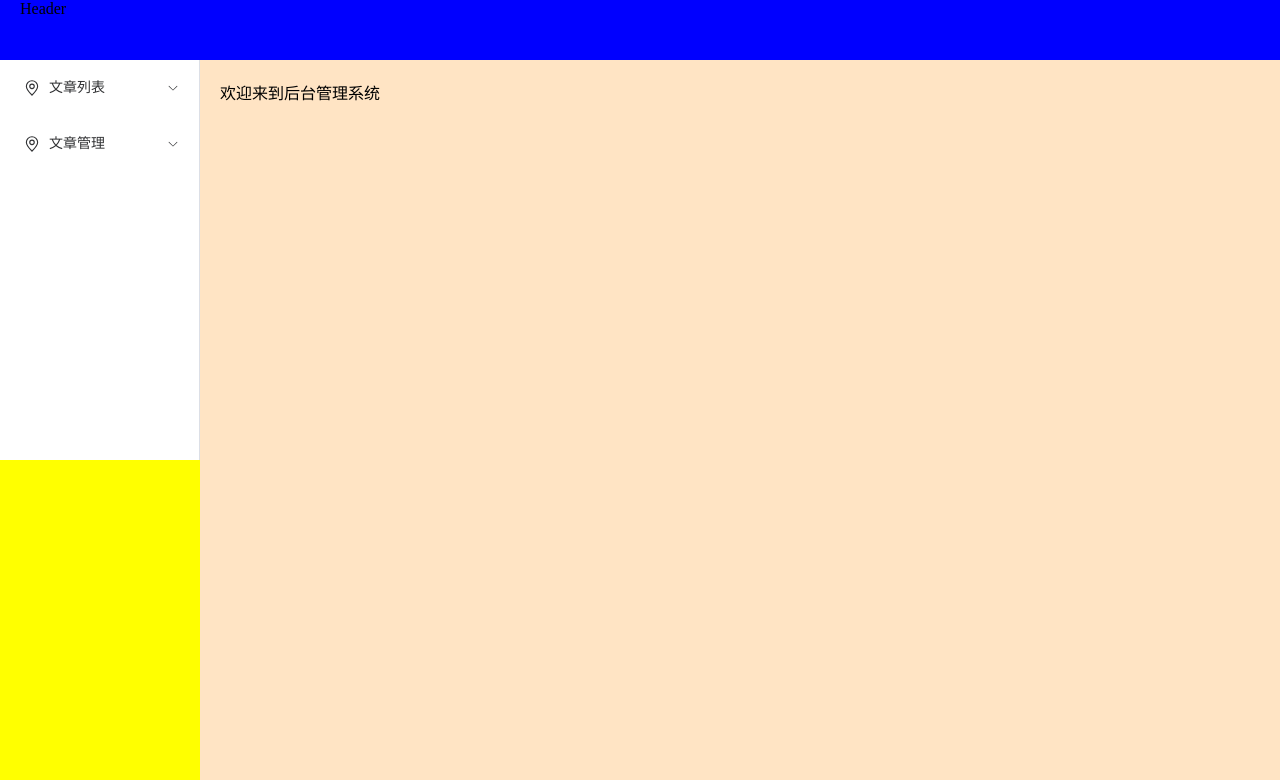
Repository: 553559555/vue3-project
Page: /#/index (app in vue3-app/)
These files come from the project's save history. The page is drawn as it stood at one moment and after the next save; the edit follows.
The browser window is 1280 px wide. The pictures show the whole page.
The project was rebuilt for these pictures with package versions that can differ from the ones it lists, and the page was loaded fresh each time. Also part of the build but not shown: vue3-app/vite.config.ts.

Above is the page before, as saved 2025-03-22 09:57:02.

### vue3-app/src/main.ts
import { createApp } from 'vue'
import ElementPlus from 'element-plus'
import 'element-plus/dist/index.css'
import router from './router'
import pinia from './stores'
import './style.css'
import App from './App.vue'

const app = createApp(App)
app.use(ElementPlus)
app.use(router)
app.use(pinia)

app.mount('#app')

### vue3-app/src/router/index.ts
import { createRouter, createWebHashHistory, createWebHistory } from 'vue-router'
import type { RouteRecordRaw } from 'vue-router'

const routes: Array<RouteRecordRaw> = [
  {
    path: '/',
    name: 'Login',
    component: () => import('../views/login.vue')
  },
  {
    path: '/index',
    name: 'index',
    component: () => import('../views/index.vue'),
    children: [
      {
        path: '/home',
        name: 'Home',
        component: () => import('../views/Home.vue')
      },
      {
        path: '/about',
        name: 'About',
        component: () => import('../views/About.vue')
      }
    ]
  }

]

const router = createRouter({
  history: createWebHashHistory(),
  routes
})

export default router

### vue3-app/src/stores/index.ts
import { createPinia } from 'pinia'

const pinia = createPinia()

export default pinia

### vue3-app/src/style.css
/* CSS 重置 */
* {
  margin: 0;
  padding: 0;
  box-sizing: border-box;
}

### vue3-app/src/App.vue
<script setup lang="ts">
import { RouterView } from 'vue-router'
</script>

<template>
    <router-view />
</template>

### vue3-app/src/views/index.vue
<template>
    <el-container class="container">
        <el-header>Header</el-header>
        <el-container>
            <el-aside width="200px">
                <home-left/>
            </el-aside>
            <el-main>
                <router-view>
                    欢迎来到后台管理系统
                </router-view>
            </el-main>
        </el-container>
    </el-container>
</template>

<script setup>

import { RouterView } from 'vue-router'
import HomeLeft from './components/home-left.vue'

</script>



<style scoped lang="scss">

.container {
    width: 100vw;
    height: 100vh;

    .el-header {
        background-color: blue;
    }

    .el-container {
        background-color: aqua;

        .el-aside {
            background-color: yellow;
        }

        .el-main {
            background-color: bisque;
        }

    }

}

</style>

### vue3-app/src/views/components/home-left.vue
<template>
    <div class="container">
        <el-menu default-active="2" class="el-menu-vertical-demo" @open="handleOpen"
            @close="handleClose" @select="handleSelect">
            <el-sub-menu v-for="(items, index) in listData" :index="items.name" :key="index">
                <template #title>
                    <el-icon>
                        <location />
                    </el-icon>
                    <span>{{ items.name }}</span>
                </template>
                <el-menu-item v-for="(item, index) in items.children" :index="item.name">
                    <el-icon>
                        <location />
                    </el-icon>
                    <span>{{ item.name }}</span>
                </el-menu-item>
            </el-sub-menu>
        </el-menu>
    </div>
</template>

<script setup>

import { Location } from '@element-plus/icons-vue'

import { reactive, ref } from 'vue'
const listData = reactive([
    {
        name: '文章列表',
        children: [
            {
                name: '文章1'
            },
            {
                name: '文章2'
            },
            {
                name: '文章3'
            }
        ]
    },
    {
        name: '文章管理',
        children: [
            {
                name: '添加文章'
            },
            {
                name: '编辑文章'
            },
            {
                name: '删除文章'
            }
        ]
    }
])
const isCollapse = ref(true)
const handleOpen = (key, keyPath) => {
  console.log(key, keyPath)
}
const handleClose = (key, keyPath) => {
  console.log(key, keyPath)
}

const handleSelect = (key, keyPath) => {
    console.log(key, keyPath)
}

</script>

<style scoped lang="scss">
.container {
    width: 100%;
    height: 100%;

    .el-menu-vertical-demo:not(.el-menu--collapse) {
        width: 200px;
        min-height: 400px;
    }
}
</style>

Loaded but not shown: vue3-app/index.html (common file)

After the next save:
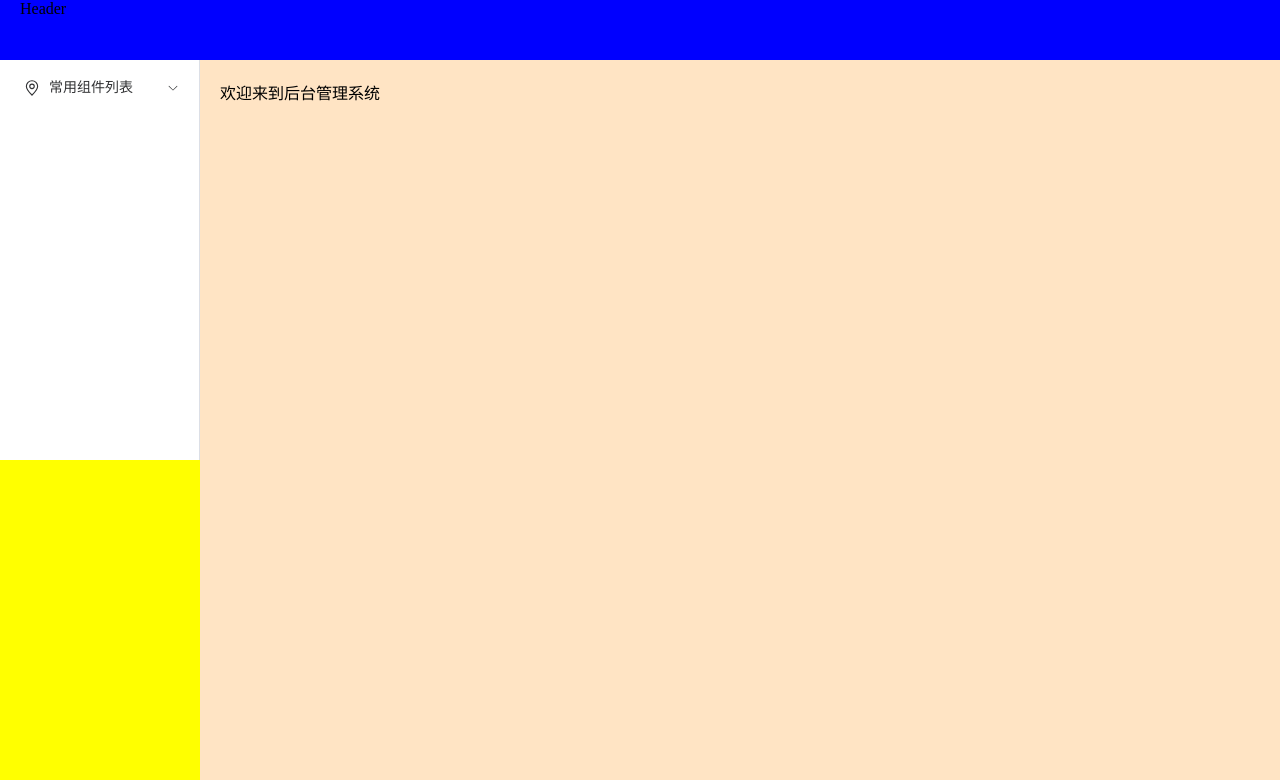
Saved 2 days later.
--- a/vue3-app/src/views/components/home-left.vue
+++ b/vue3-app/src/views/components/home-left.vue
@@ -27,32 +27,10 @@ import { Location } from '@element-plus/icons-vue'
 import { reactive, ref } from 'vue'
 const listData = reactive([
     {
-        name: '文章列表',
-        children: [
-            {
-                name: '文章1'
-            },
-            {
-                name: '文章2'
-            },
-            {
-                name: '文章3'
-            }
-        ]
-    },
-    {
-        name: '文章管理',
-        children: [
-            {
-                name: '添加文章'
-            },
-            {
-                name: '编辑文章'
-            },
-            {
-                name: '删除文章'
-            }
-        ]
+        name: '常用组件列表',
+        children: [{
+
+        }]
     }
 ])
 const isCollapse = ref(true)
